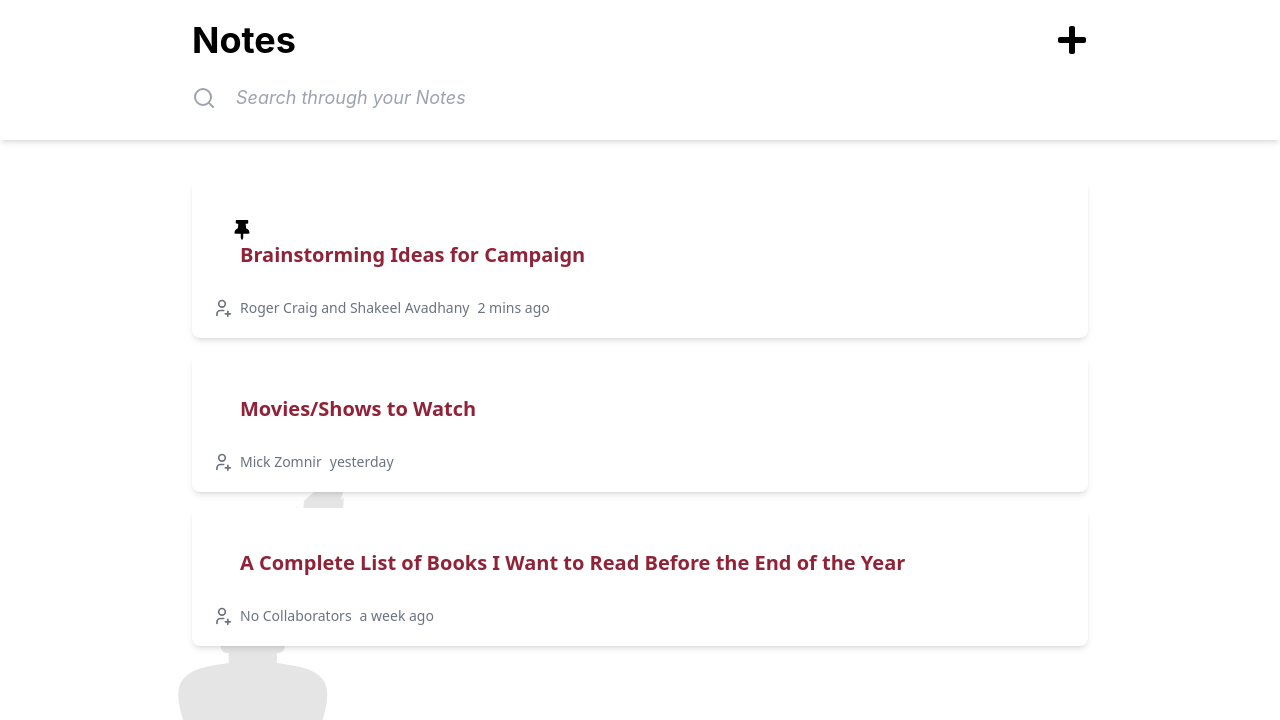
Repository: shabiasaeed/Notes-app
Page: /
The author's editor kept a copy of each file at every save. The page is drawn from the files as they stood at one save, then again after the next save.
The browser window is 1280 px wide. The pictures show the whole page.
The project was rebuilt for these pictures with package versions that can differ from the ones it lists, and the page was loaded fresh each time. Also part of the build but not shown: src/components/Header.css, src/components/Note.css, src/App.css.

Above is the page before, as saved 2025-01-01 18:49:27.

After the next save:
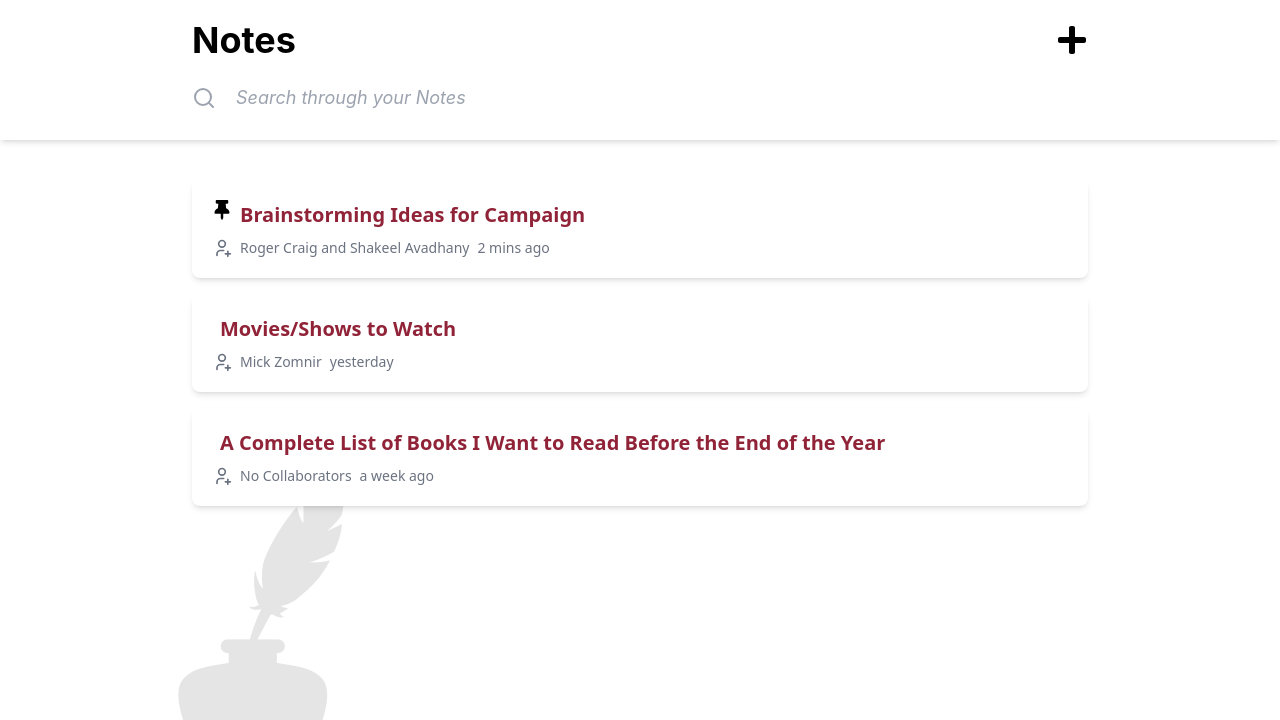
Saved 10 s later.
--- a/src/components/Note.js
+++ b/src/components/Note.js
@@ -13,7 +13,7 @@ const Note = ({ title, author, time, pinned, onDelete, onPinToggle }) => {
 
   return (
     <div className="p-5 rounded-lg bg-white shadow-md hover:shadow-lg flex flex-col gap-2 cursor-pointer w-full" onMouseEnter={() => setIsHovered(true)} onMouseLeave={() => setIsHovered(false)}>
-      <div className={`p-5 ${pinned ? '' : 'text-gray-800'}`}>
+      <div className={`flex ${pinned ? '' : 'text-gray-800'}`}>
       {pinned ? (<FaThumbtack className="w-5 h-5 cursor-pointer" onClick={() => onPinToggle(title)}/>) : (isHovered && (<TbPinned className="w-5 h-5 cursor-pointer" onClick={() => onPinToggle(title)}/>))}
         <h2 className="ml-2 font-bold text-[20px] text-[#912338]">{title}</h2>
         {isHovered && (<FiTrash className="w-5 h-5 cursor-pointer" onClick={() => onDelete(title)}/>)}
